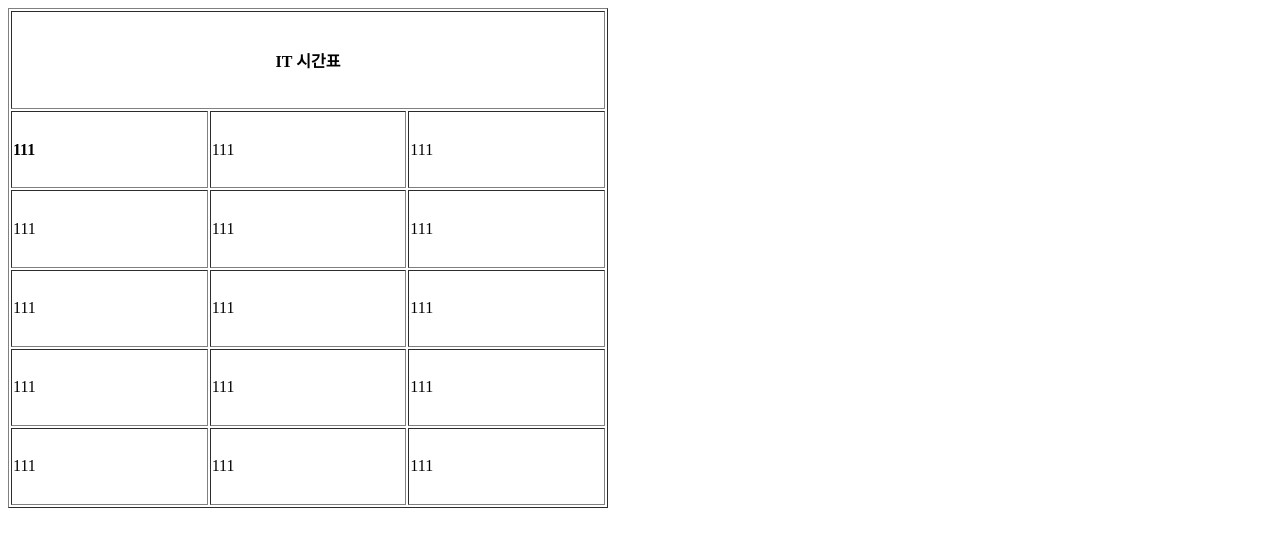
Repository: cleangggg/front
Page: html/ex06.html
These files come from the project's save history. The page is drawn as it stood at one moment and after the next save; the edit follows.
The browser window is 1280 px wide. The pictures show the whole page.

Above is the page before, as saved 2023-05-22 04:55:20.

### html/ex06.html
<!DOCTYPE html>
<html>
<head>
<meta charset="UTF-8">
<title>Insert title here</title>
</head>
<body>
<table border = "1" height = "500" width = "600">
		<tr >
			<th colspan="6">IT 시간표</th>
		</tr>
		<tr>
			<td><b>111</b></td> <td>111</td> <td>111</td>
		</tr>
		<tr>
			<td>111</td> <td>111</td> <td>111</td>
		</tr>
		<tr>
			<td>111</td> <td>111</td> <td>111</td>
		</tr>
		<tr>
			<td>111</td> <td>111</td> <td>111</td>
		</tr>
		<tr>
			<td>111</td> <td>111</td> <td>111</td>
		</tr>

	</table>

</body>
</html>

After the next save:
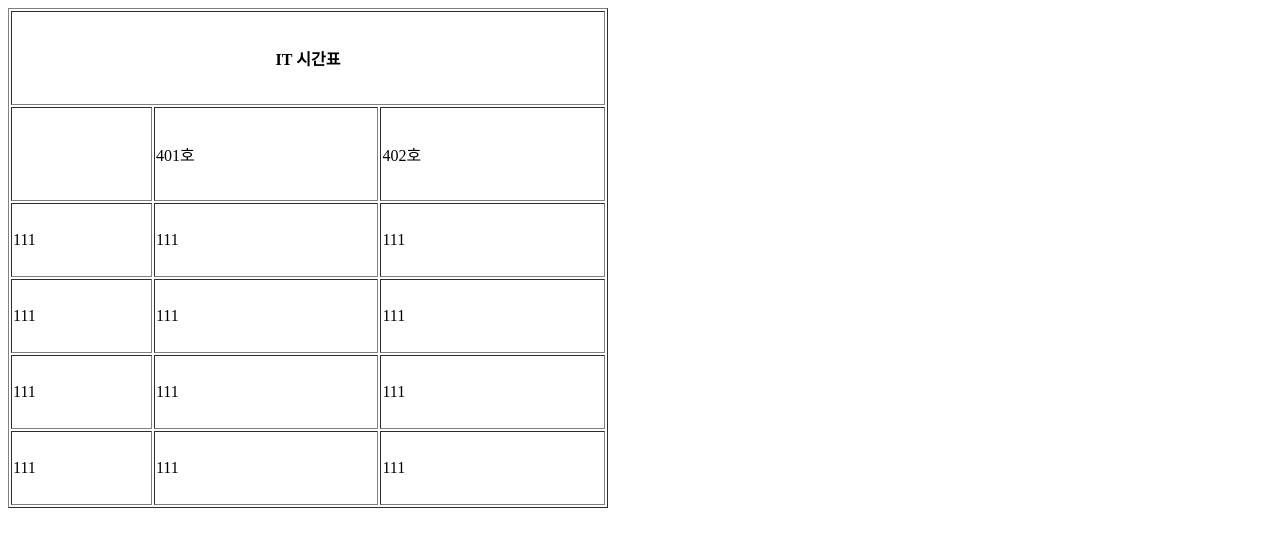
Saved 18 s later.
--- a/html/ex06.html
+++ b/html/ex06.html
@@ -10,7 +10,7 @@
 			<th colspan="6">IT 시간표</th>
 		</tr>
 		<tr>
-			<td><b>111</b></td> <td>111</td> <td>111</td>
+			<td></td> <td>401호</td> <td>402호</td>
 		</tr>
 		<tr>
 			<td>111</td> <td>111</td> <td>111</td>
